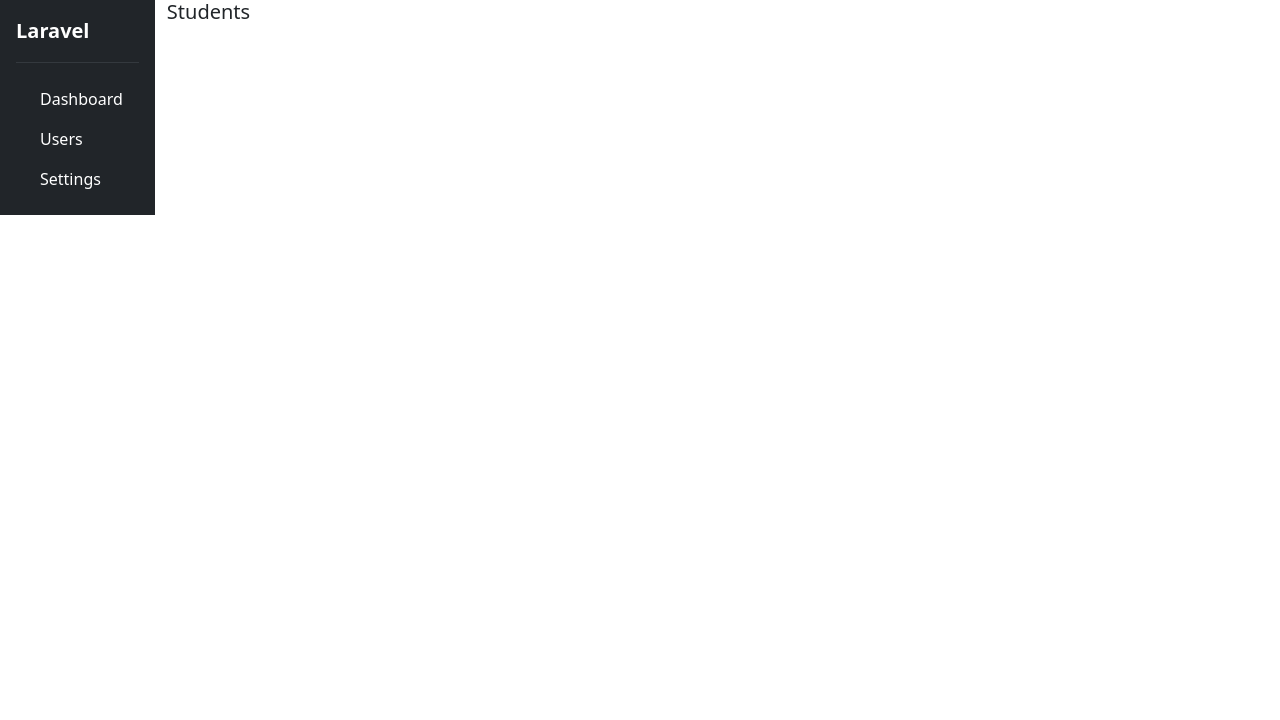
Repository: jaevoy2/lara_demo
Page: http://localhost/home
These files come from the project's save history. The page is drawn as it stood at one moment and after the next save; the edit follows.
The browser window is 1280 px wide. The pictures show the whole page.
The page is served by the project's Laravel application, run on PHP 8.4 with Laravel 12. Other server files are loaded and not shown.

Above is the page before, as saved 2026-07-08 12:03:15.

### routes/web.php
<?php

use Illuminate\Support\Facades\Route;
use App\Http\Controllers\UserController;
use App\Http\Controllers\StudentController;


Route::get('/', function () {
    return view('login');
})->name('login');

Route::post('/user-login', [UserController::class, 'userLogin'])->name('userLogin');
Route::get('/home', [UserController::class, 'homeView'])->name('home');

// Route::get('get-students', [StudentController::class, getStudents])->name('get-stude')

### app/Http/Controllers/UserController.php
<?php

namespace App\Http\Controllers;

use Illuminate\Http\Request;
use Illuminate\Support\Facades\Auth;
use Illuminate\Support\Facades\Hash;
use App\Models\User;

class UserController extends Controller
{
    public function userLogin(Request $request) {
        if(empty($request->email) || empty($request->password)) {
            return redirect(route('login'))
            ->with('error', 'Email and password are requires');
        }

        $request->validate([
            'email' => 'required',
            'password' => 'required',
        ]);

        $credentials = $request->only('email', 'password');

        if(Auth::attempt($credentials)) {
            $request->session()->put('loginID', Auth::user()->id);

            return redirect()->intended(route('home'))
                ->with('success', 'Logged In');
        }else{
            return redirect(route('login'))
                ->withInput()
                ->with('error', 'Invalid credentials');
        }
    }

    public function loginPage() {
        return view('login');
    }

    public function homeView() {
        return view('home');
    }
}

### resources/views/home.blade.php
@extends('_layout._head')

@section('content')
    <div>
        <div class="container col-5 hv-100 justify-content-center" style="width: 18rem;">

            <div class="card-body">
                <h5 class="card-title">Students</h5>

                <ul id="student-list" class="list-group mb-3"></ul>

            </div>
        </div>
    </div>

    <script>
        document.addEventListener('DOMContentLoaded', async function () {
            try {
                const response = await fetch('/get-students');

                if (!response.ok) {
                    console.log('Failed to fetch students.');
                }

                const data = await response.json();

                const studentList = document.getElementById('student-list');
                studentList.innerHTML = '';

                data.student.forEach(student => {
                    studentList.innerHTML += `
                        <li class="list-group-item">
                            ${student.name}
                        </li>
                    `;
                });

            } catch (error) {
                console.log(error);
            }
        });
    </script>
@endsection







<!-- fetch('http://127.0.0.1:8000/api/get-student')
    .then(response => {
        return response.json();
    })
    .then(students => {
        const studentList = document.getElementById('student-list');
        studentList.innerHTML = '';

        students.forEach(student => {
            studentList.innerHTML += `
                <li class="list-group-item">
                    ${student.name}
                </li>
            `;
        });
    })
    .catch(error => {
        console.error(error);
}); -->

### resources/views/_layout/_head.blade.php
<!DOCTYPE html>
<html lang="en">
<head>
    <meta charset="UTF-8">
    <meta name="viewport" content="width=device-width, initial-scale=1.0">
    <link href="https://cdn.jsdelivr.net/npm/bootstrap@5.3.8/dist/css/bootstrap.min.css" rel="stylesheet" integrity="sha384-sRIl4kxILFvY47J16cr9ZwB07vP4J8+LH7qKQnuqkuIAvNWLzeN8tE5YBujZqJLB" crossorigin="anonymous">
    <title>Document</title>
</head>
<body>

    <div class="d-flex">
        @include('_layout._sidebar')

        @yield('content')
    </div>

    <script src="https://cdn.jsdelivr.net/npm/bootstrap@5.3.8/dist/js/bootstrap.bundle.min.js" integrity="sha384-FKyoEForCGlyvwx9Hj09JcYn3nv7wiPVlz7YYwJrWVcXK/BmnVDxM+D2scQbITxI" crossorigin="anonymous"></script>
</body>
</html>

### resources/views/_layout/_sidebar.blade.php
<nav id="sidebar" class="bg-dark text-white p-3">
    <a href="" class="d-flex align-items-center mb-3 text-white text-decoration-none">
        <span class="fs-5 fw-bold">{{ config('app.name') }}</span>
    </a>
    <hr class="text-secondary">

    <ul class="nav nav-pills flex-column mb-auto">
        <li class="nav-item">
            <a href=""
               class="nav-link sidebar-link text-white {{ request()->routeIs('dashboard') ? 'active' : '' }}">
                <i class="bi bi-speedometer2 me-2"></i> Dashboard
            </a>
        </li>
        <li class="nav-item">
            <a href=""
               class="nav-link sidebar-link text-white {{ request()->routeIs('users.*') ? 'active' : '' }}">
                <i class="bi bi-people me-2"></i> Users
            </a>
        </li>

        {{-- Collapsible submenu example --}}
        <li class="nav-item">
            <a href="#settingsSubmenu" data-bs-toggle="collapse"
               class="nav-link sidebar-link text-white d-flex justify-content-between align-items-center {{ request()->routeIs('settings.*') ? 'active' : '' }}">
                <span><i class="bi bi-gear me-2"></i> Settings</span>
                <i class="bi bi-chevron-down small"></i>
            </a>
            <div class="collapse" id="settingsSubmenu">
                <ul class="nav flex-column ms-3">
                    <li><a href="" class="nav-link text-white-50">Profile</a></li>
                    <li><a href="" class="nav-link text-white-50">Security</a></li>
                </ul>
            </div>
        </li>
    </ul>
</nav>

Loaded but not shown: app/Http/Controllers/Controller.php (common file)

After the next save:
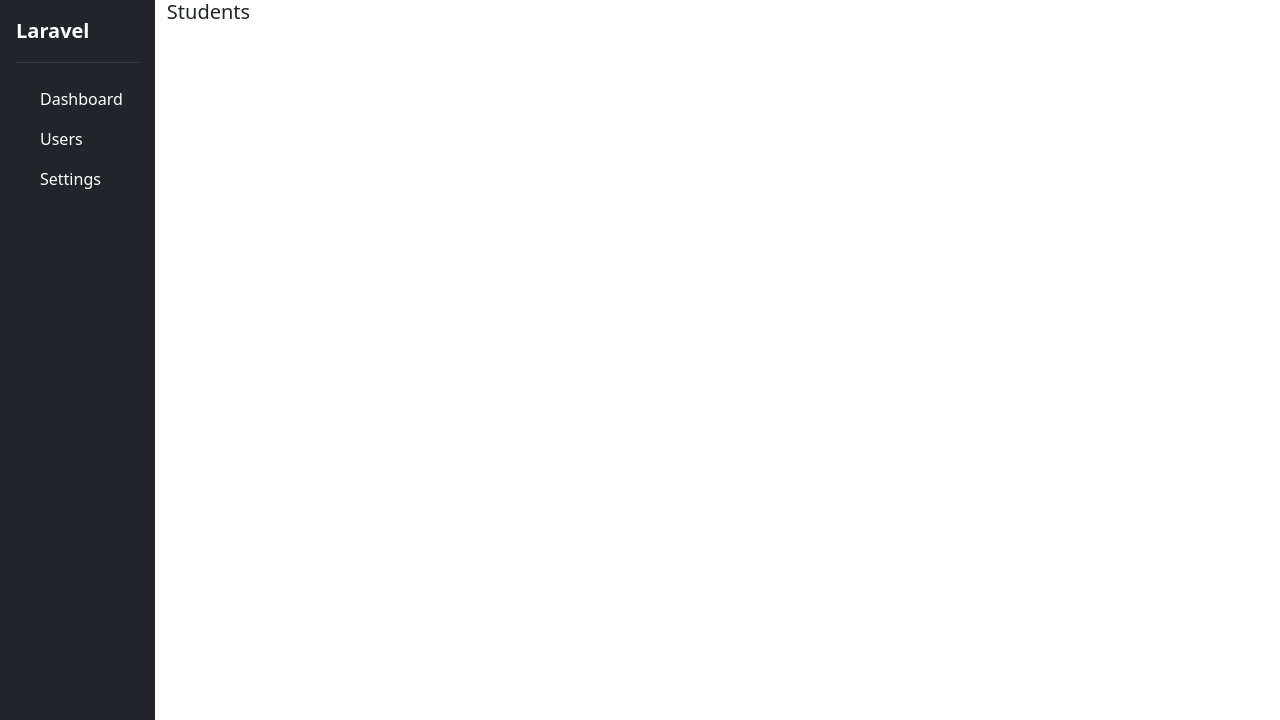
Saved 33 s later.
--- a/resources/views/_layout/_head.blade.php
+++ b/resources/views/_layout/_head.blade.php
@@ -8,7 +8,7 @@
 </head>
 <body>
 
-    <div class="d-flex">
+    <div class="d-flex vh-100">
         @include('_layout._sidebar')
 
         @yield('content')
